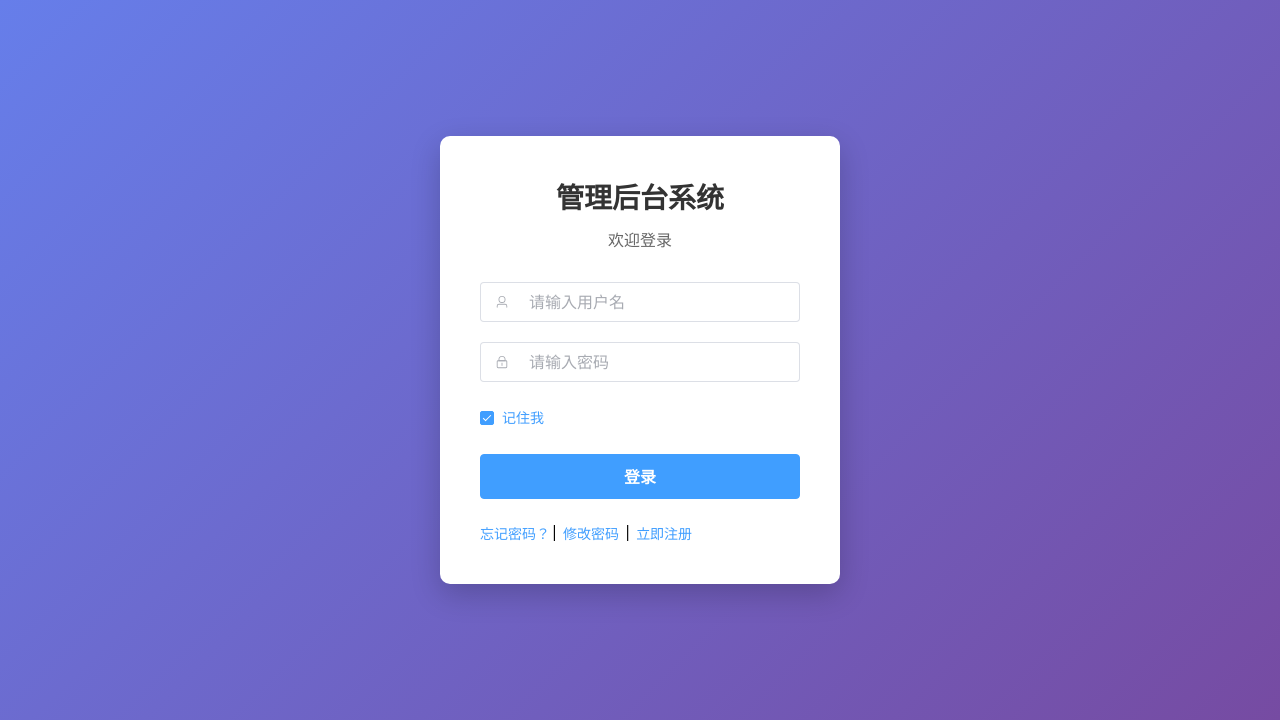
Repository: HaoFan-Fy/vue-PracticalTraining2025.6
Page: /
An editor plug-in stored every save of this project. The page is shown before and after the next save, followed by the edit.
The browser window is 1280 px wide. The pictures show the whole page.
The project was rebuilt for these pictures with package versions that can differ from the ones it lists, and the page was loaded fresh each time. Also part of the build but not shown: vite.config.js, src/components/MenuTree.vue, src/components/Aside.vue, src/components/Header.vue, src/components/Layout.vue, src/mixins/permission.js, src/utils/Utils.js, src/views/Home.vue and 3 more.

Above is the page before, as saved 2025-06-11 15:20:40.

After the next save:
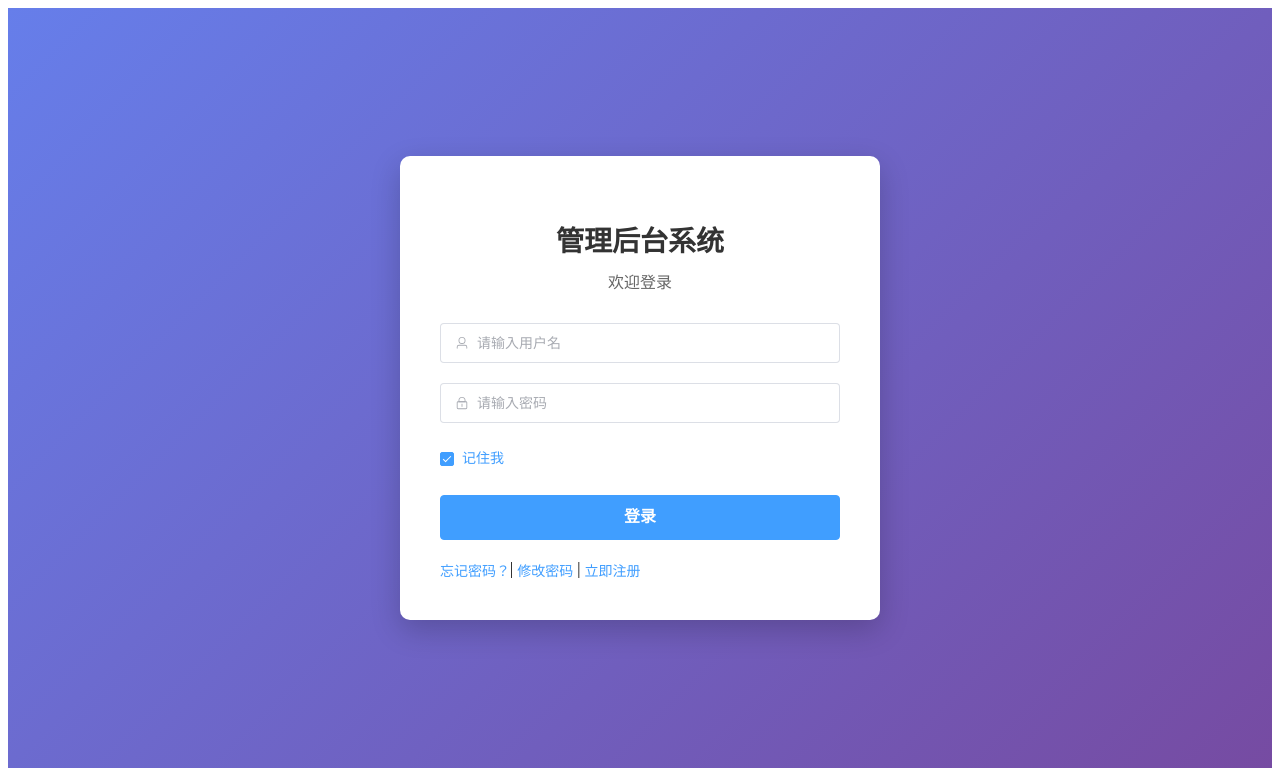
Saved 14 s later.
--- a/src/css/style.css
+++ b/src/css/style.css
@@ -1,4 +1,3 @@
-@tailwind base;
 /* 基础样式 */
 .chart-container {
   width: 100%;
